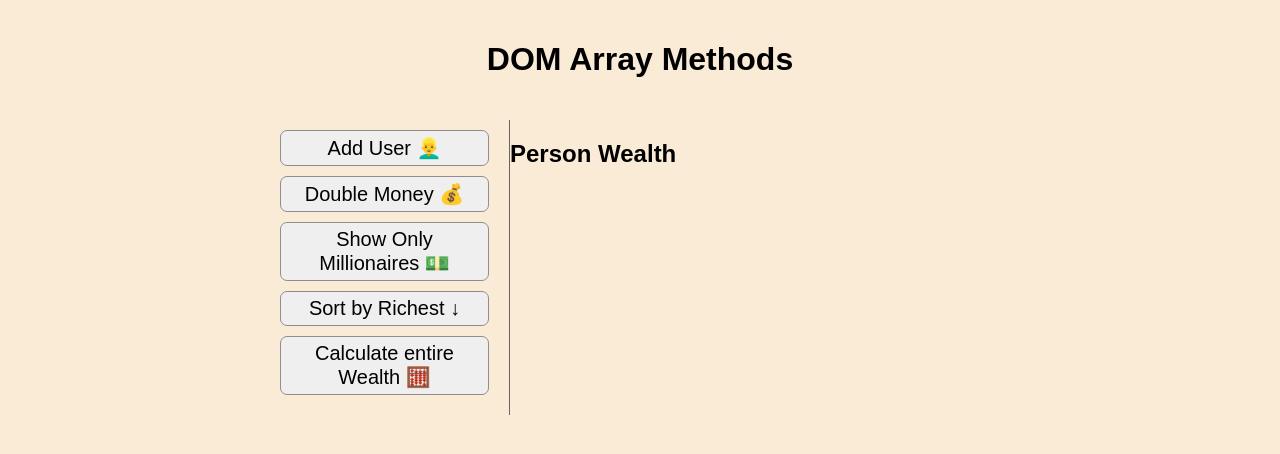
Repository: AbrorjonKuchkarov/DOM-Array-Methods
Page: index.html
These files come from the project's save history. The page is drawn as it stood at one moment and after the next save; the edit follows.
The browser window is 1280 px wide. The pictures show the whole page.

Above is the page before, as saved 2022-02-24 15:42:29.

After the next save:
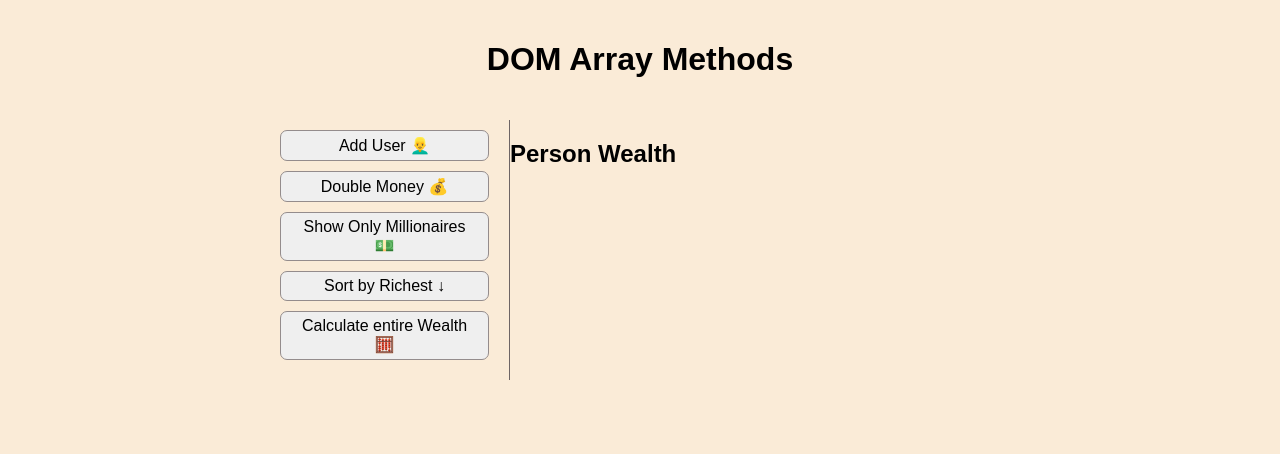
Saved 9 s later.
--- a/style.css
+++ b/style.css
@@ -30,7 +30,7 @@ aside {
 button {
    display: block;
    width: 100%;
-   font-size: 20px;
+   font-size: 16px;
    margin-bottom: 10px;
    border-radius: 7px;
    outline: none;
